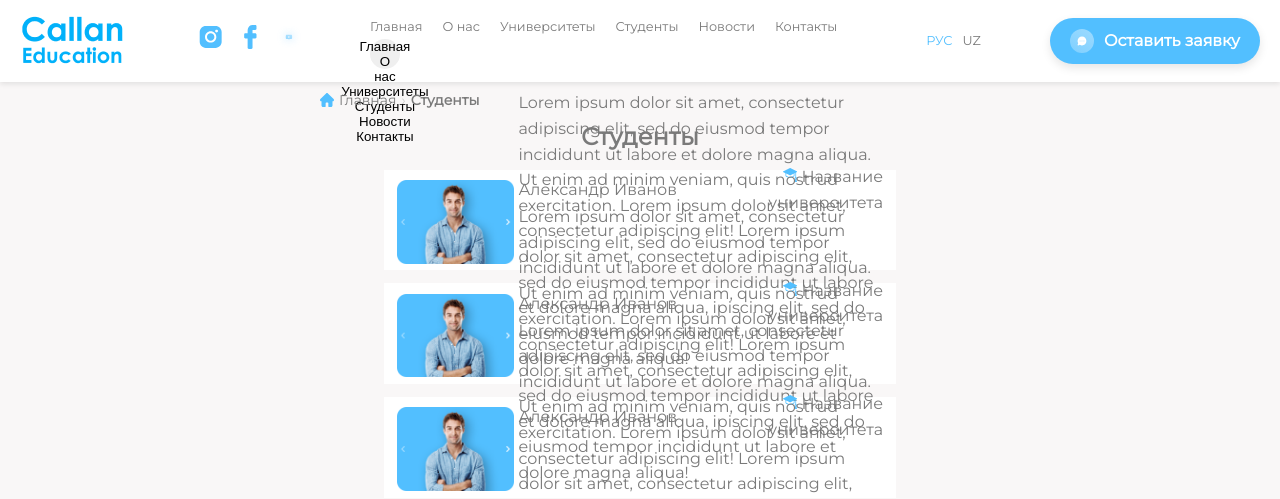
Repository: olyakorzh/Team-project-1
Page: assets/pages/students.html
An editor plug-in stored every save of this project. The page is shown before and after the next save, followed by the edit.
The browser window is 1280 px wide. The pictures show the part of the page from y = 0 to 499 px (the page is 1954 px tall).
Pictures or frames that could not be fetched are drawn as grey boxes. A picture or video elsewhere on the page could not be fetched, so the positions and the page height are approximate.

Above is the page before, as saved 2024-12-08 17:18:49.

After the next save:
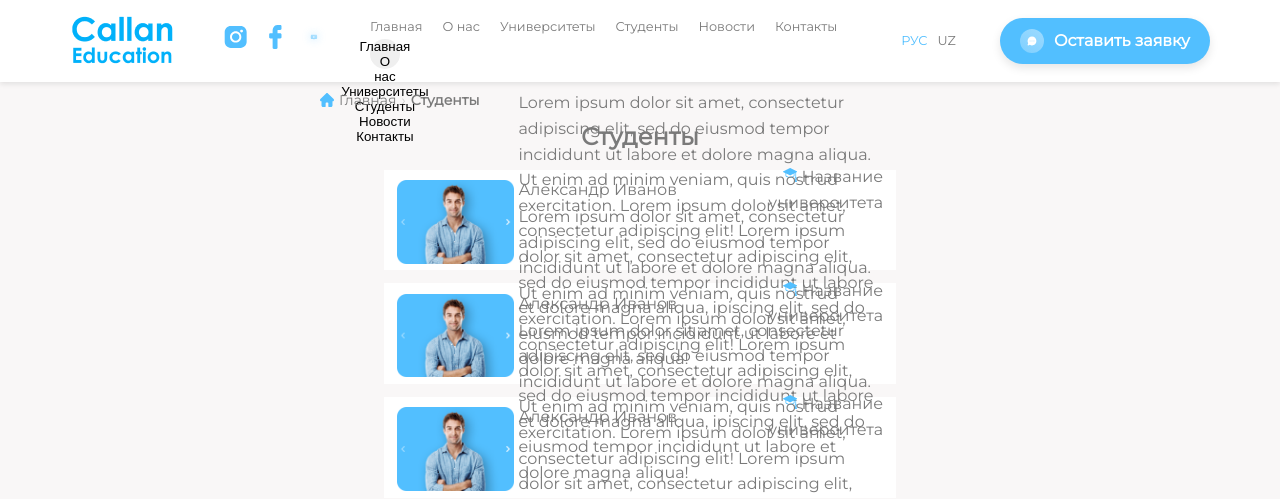
Saved 52 s later.
--- a/assets/styles/students.css
+++ b/assets/styles/students.css
@@ -34,7 +34,7 @@
     display: flex;
     align-items: center;
     justify-content: space-between;
-    max-width: 1440px;
+    max-width: 1140px;
     margin: 0 auto;
   }
 
